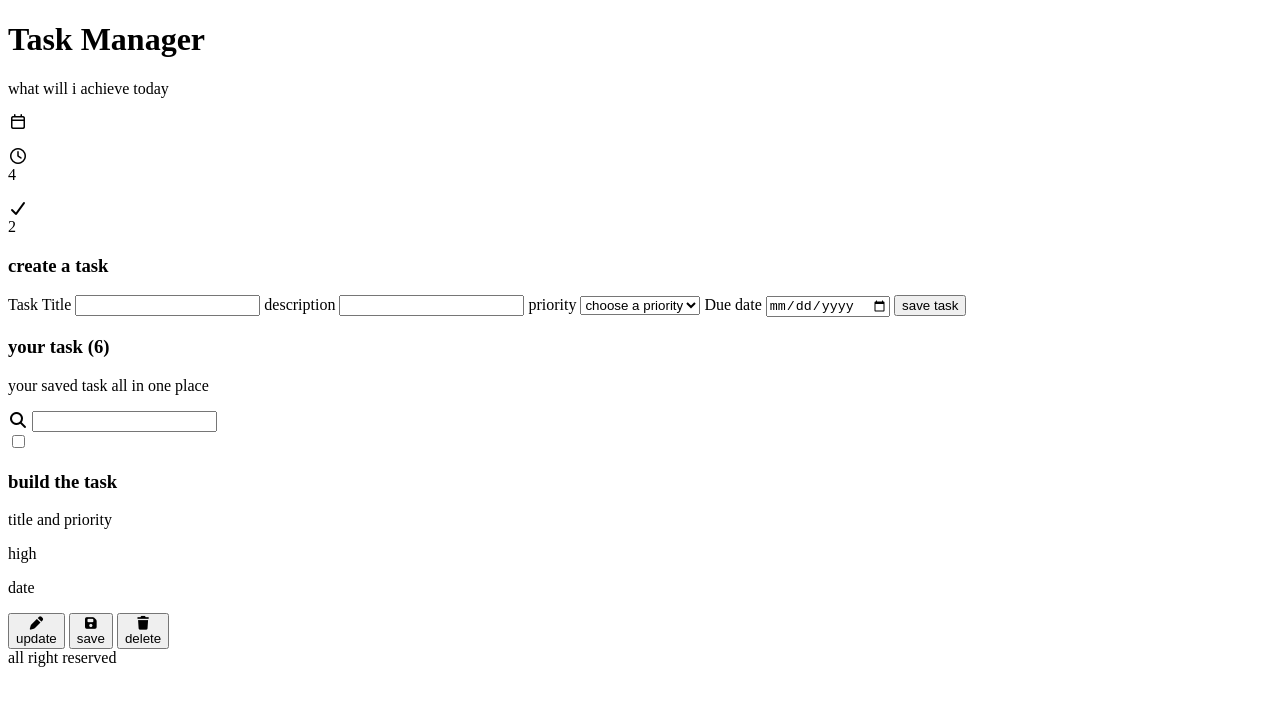
Repository: XDENTERTAINMENT/task-manager-groupwork
Page: index.html
These files come from the project's save history. The page is drawn as it stood at one moment and after a run of saves; the edit follows.
The browser window is 1280 px wide. The pictures show the whole page.

Above is the page before, as saved 2026-10-23 22:12:58.

### index.html
<!DOCTYPE html>
<html lang="en">
<head>
    <meta charset="UTF-8">
    <meta name="viewport" content="width=device-width, initial-scale=1.0">
    <title>Personal-Task-Manager</title>
    <link rel="stylesheet" href="https://cdnjs.cloudflare.com/ajax/libs/font-awesome/7.3.1/css/all.min.css" integrity="sha512-QeR2VH+lsBE5LSAe1Q5EnTBbe7XTBubt8dG93Y7gidSgdMCr8nVqKcfKAMyN96SV8KDbZVTDXChatu5G2KQGzg==" crossorigin="anonymous" referrerpolicy="no-referrer">
</head>
<body>

   <header>
    <h1>Task Manager</h1>
    <p>what will i achieve today</p>
   </header>
    <!-- the main -->
   <main>
    <section class="section1">
        <div>
         <div><i class="fa-regular fa-calendar"></i></div>
         <div>
            <p></p>
         </div>

        </div>

        <div>
        <p id="pending-task"> <div> <i class="fa-regular fa-clock"></i></div>4</p>
        </div>

        <div>
        <p  id="completed-task"> <div><i class="fa-solid fa-check"></i></div>2</p>
        </div>
    </section>



    <!-- section 2 -->
    <section  class="section2">

        <!-- the create task section -->
      <div class="create-task">

          <div>
            <h3>create a task</h3>
        </div>
       <form action="submit">

           <label for="title">
             Task Title
            <input type="text"  id="title-input">
           </label>


           <label for="description">
                   description
            <input type="text"  id="description-input">
           </label>

           <label for="priority">

            priority
             <select name="" id="">
                <option value="">choose a priority</option>
                <option value=""> High</option>
                <option value=""> Medium</option>
                <option value="">  low</option>
             </select>
           </label>

           <label for="date">
            Due date
            <input type="date">
           </label>

     <button class="form-button"> save task</button>
       </form>
    <div>




      <!-- task mapping -->

        <div class="task-mapping">

              <h3> your task (6)</h3>
        <p> your saved task all in one place</p>
        <div>
            <i class="fa-solid fa-magnifying-glass"></i>
            <input  type="search">
        </div>



        <!-- the card -->
         <div class="card">
            <input type="checkbox">
            <div>

                <h3> build the task</h3>
                <p>title and priority</p>
                <p id="priority"> high</p></div>
                <p> date</p>


         </div>
<!-- the inline editing -->
         <div>
            <button><div><i class="fa-solid fa-pen"></i></div>update</button>
            <button  class="save"> <div><i class="fa-solid fa-floppy-disk"></i></div>save</button>
            <button class="delete"> <div><i class="fa-solid fa-trash"></i></div>delete</button>

         </div>

        </div>



</div>

    </section>
   </main>

   <!-- the footer -->
   <footer>
    all right reserved
   </footer>
</body>
</html>

After the next 2 saves:
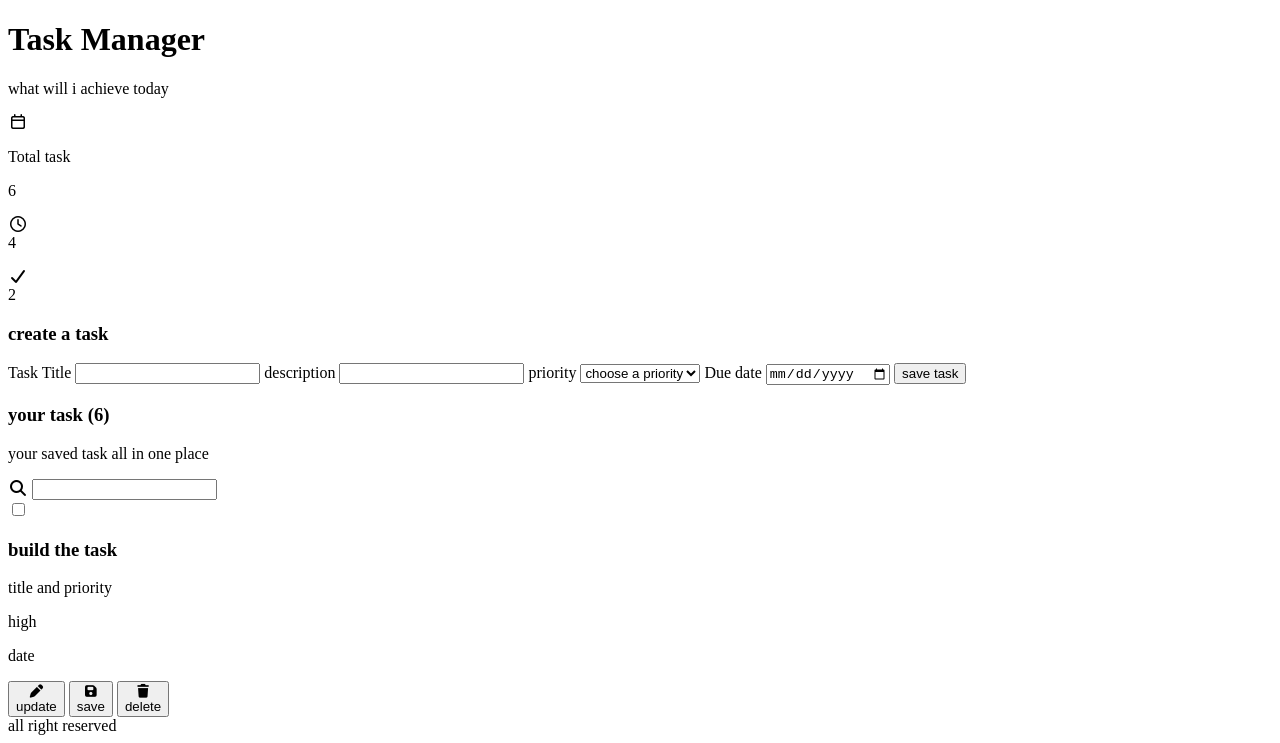
The 2 saves are shown as one change because they came seconds apart.
The last was saved 12 s later.
--- a/index.html
+++ b/index.html
@@ -18,7 +18,8 @@
         <div>
          <div><i class="fa-regular fa-calendar"></i></div>
          <div>
-            <p></p>
+            <p>Total task</p>
+            <p id="total-task">6</p>
          </div>
 
         </div>
